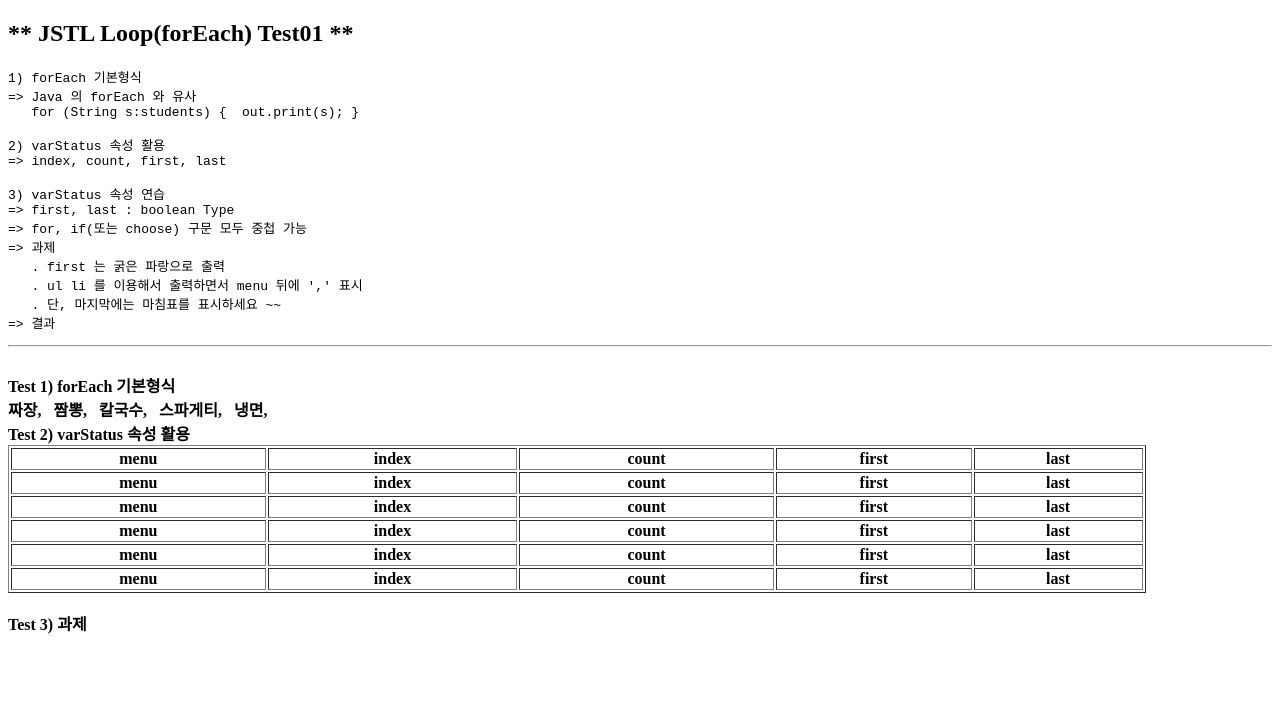
Repository: JYH94/JAVA
Page: http://localhost/web01/jsp03_jstl/ex03_for01.jsp
The author's editor kept a copy of each file at every save. The page is drawn from the files as they stood at one save, then again after the next save.
The browser window is 1280 px wide. The pictures show the whole page.
The page is served by Tomcat 9.

Above is the page before, as saved 2024-01-16 07:57:45.

After the next save:
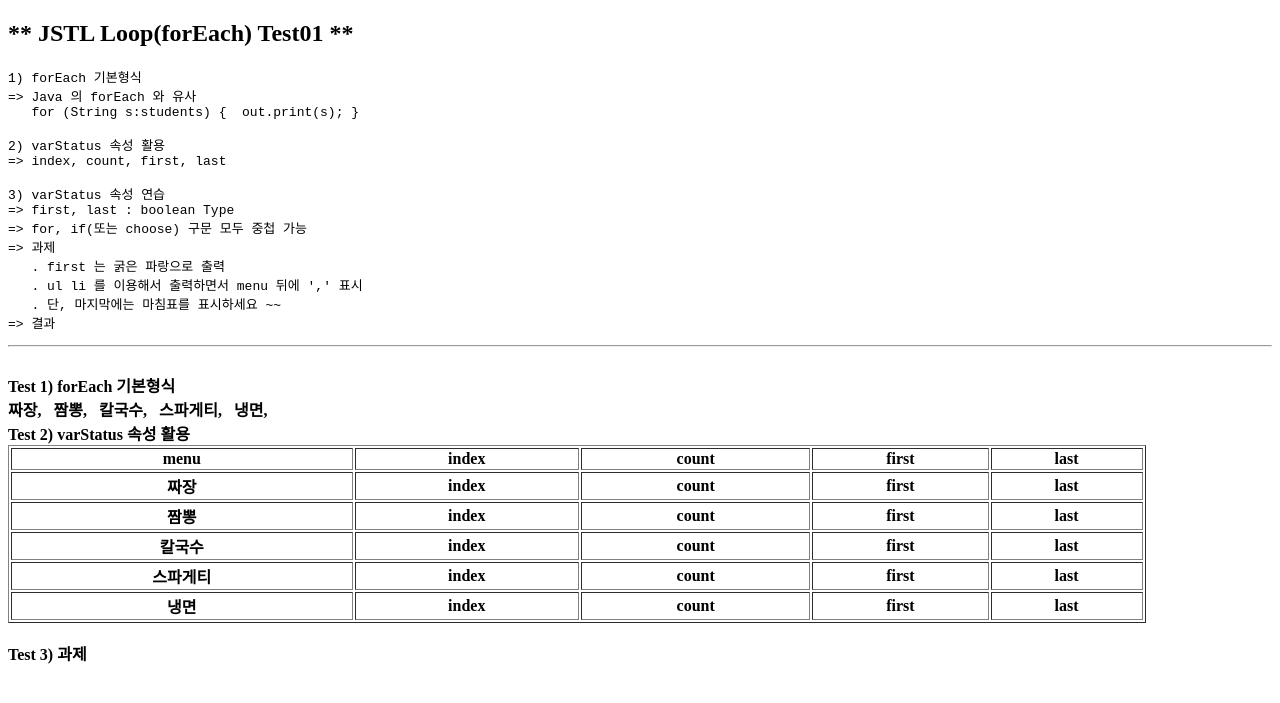
Saved 25 s later.
--- a/web01/src/main/webapp/jsp03_jstl/ex03_for01.jsp
+++ b/web01/src/main/webapp/jsp03_jstl/ex03_for01.jsp
@@ -51,7 +51,7 @@ pageContext.setAttribute("menuList", menu);
 		</tr>
 		<c:forEach var="menu" items="${menuList}" varStatus="vs">
 		<tr>
-			<td>menu</td>
+			<td>${menu }</td>
 			<td>index</td>
 			<td>count</td>
 			<td>first</td>
